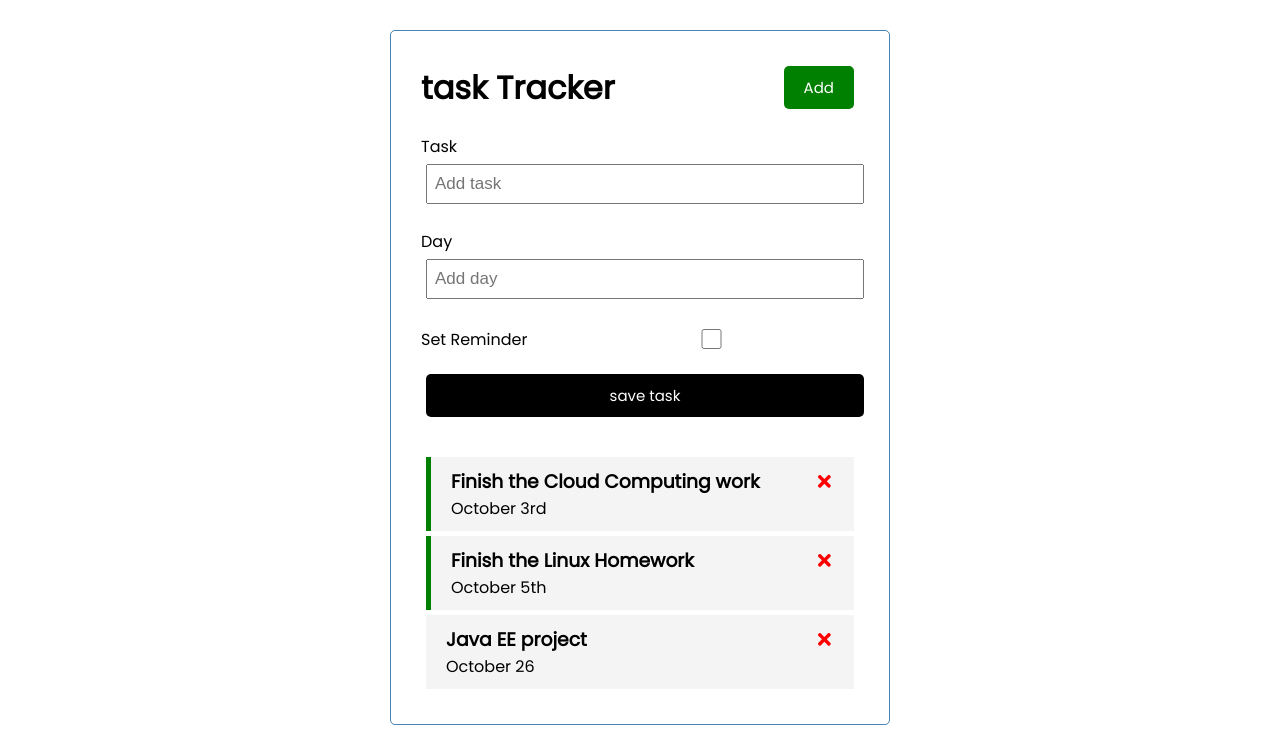
Repository: ds-mbappe/react-task-tracker
Page: /
An editor plug-in stored every save of this project. The page is shown before and after the next save, followed by the edit.
The browser window is 1280 px wide. The pictures show the whole page.
The project was rebuilt for these pictures with package versions that can differ from the ones it lists, and the page was loaded fresh each time.

Above is the page before, as saved 2021-10-01 10:07:29.

After the next save:
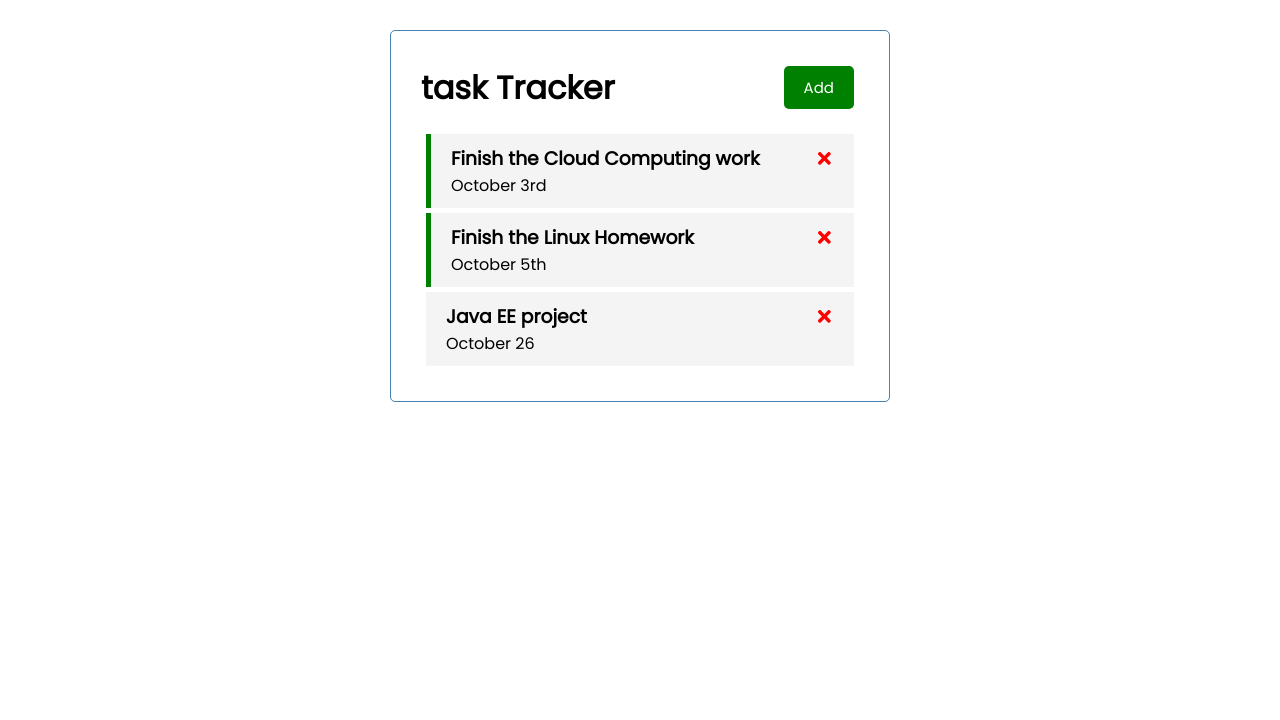
Saved 11 min 40 s later.
--- a/src/App.js
+++ b/src/App.js
@@ -4,6 +4,8 @@
 import AddTask from "./components/AddTask";
 
 function App() {
+const [showAddTask, setShowAddTask] = useState(false)
+
   const [tasks, setTasks] = useState(
         [
             {
@@ -48,7 +50,7 @@
   return (
     <div className="container">
       <Header />
-      <AddTask onAdd={addTask}/>
+      {showAddTask && <AddTask onAdd={addTask} />}
       {tasks.length > 0 ? <Tasks tasks={tasks} onDelete={deleteTask} onToggle={toggleReminder}/> : "No tasks to show..."}
     </div>
   );

After the save that followed:
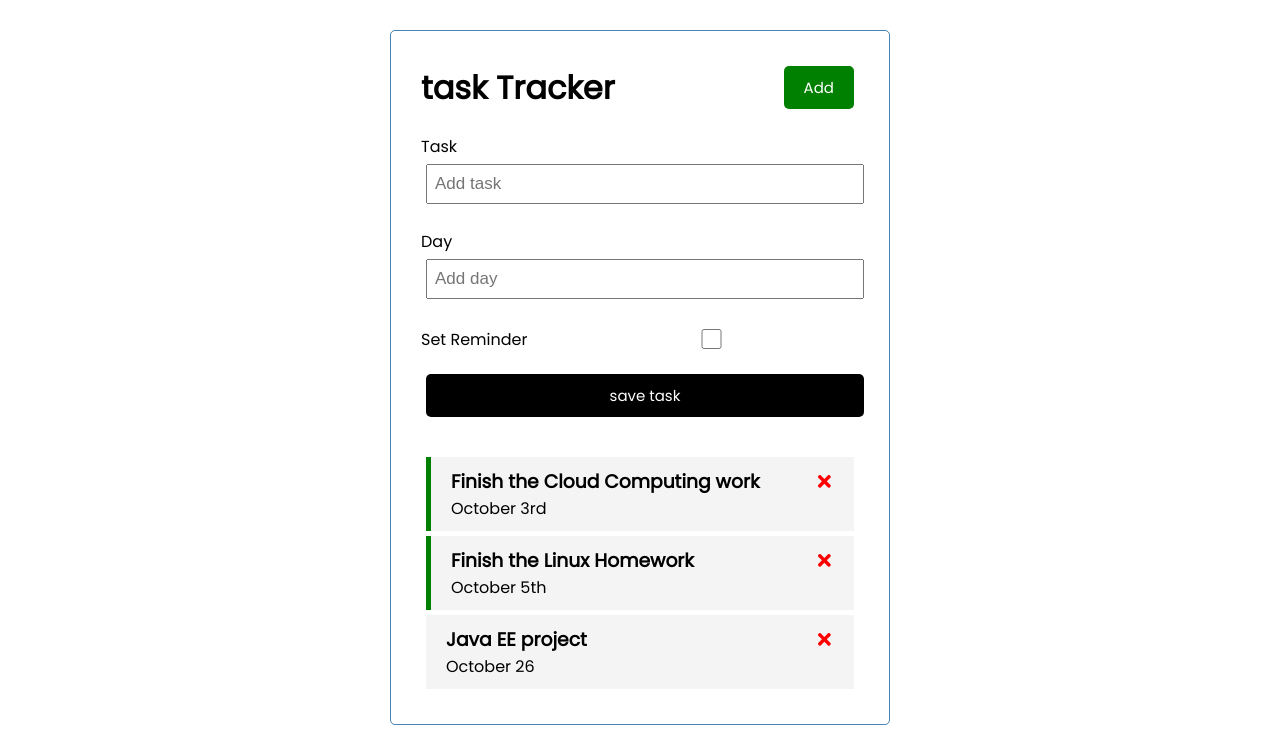
Saved 10 s later.
--- a/src/App.js
+++ b/src/App.js
@@ -4,7 +4,7 @@
 import AddTask from "./components/AddTask";
 
 function App() {
-const [showAddTask, setShowAddTask] = useState(false)
+const [showAddTask, setShowAddTask] = useState(true)
 
   const [tasks, setTasks] = useState(
         [
